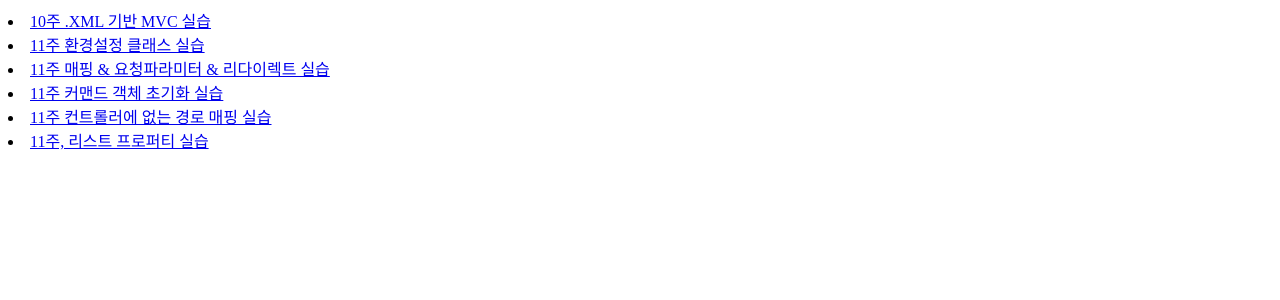
Repository: ppark-jjong/TIL
Page: http://localhost/Spring-B/
An editor plug-in stored every save of this project. The page is shown before and after the next save, followed by the edit.
The browser window is 1280 px wide. The pictures show the whole page.
The page is served by Tomcat 9.

Above is the page before, as saved 2023-06-09 06:15:03.

After the next save:
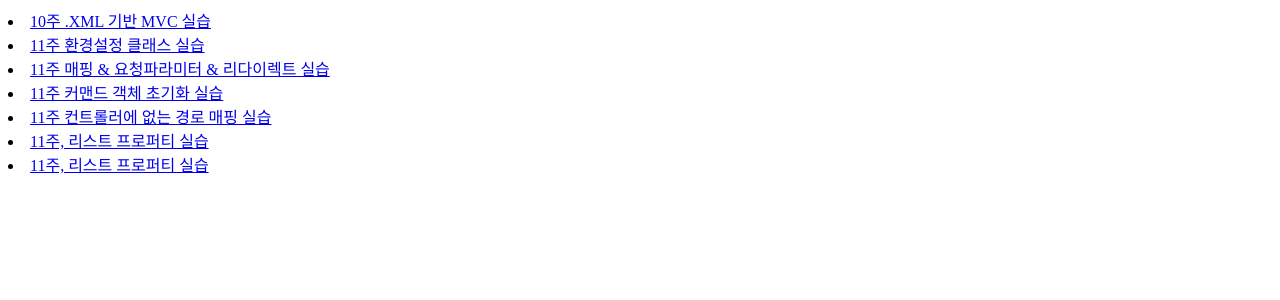
Saved 25 s later.
--- a/universty/Enterprize/Spring-B/WebContent/index.jsp
+++ b/universty/Enterprize/Spring-B/WebContent/index.jsp
@@ -15,5 +15,6 @@
 	<li><a href="initCommand">11주 커맨드 객체 초기화 실습</a></li>
 	<li><a href="main">11주 컨트롤러에 없는 경로 매핑 실습</a></li>
 	<li><a href="survey">11주, 리스트 프로퍼티 실습</a></li>
+	<li><a href="survey">11주, 리스트 프로퍼티 실습</a></li>
 </body>
 </html>
